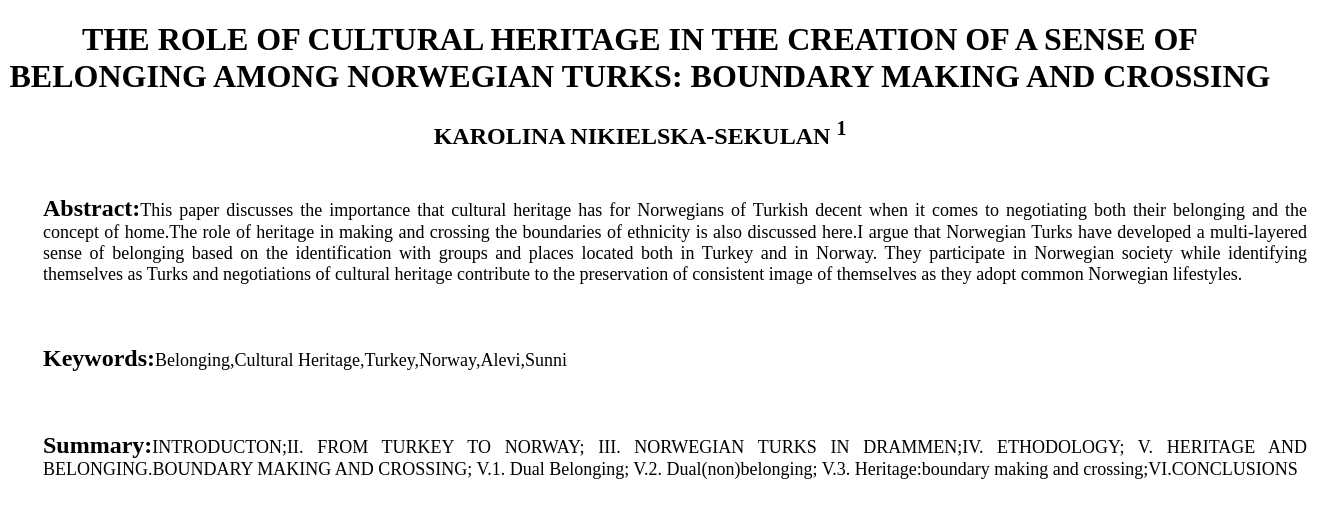
Repository: Pholi658/HTML-Task1
Page: Task2.html/No2.html
These files come from the project's save history. The page is drawn as it stood at one moment and after the next save; the edit follows.
The browser window is 1280 px wide. The page is 1332 px wide, so the pictures cover 1332 px, including what lies to the right of the window. The pictures show the whole page.

Above is the page before, as saved 2024-10-17 16:13:45.

After the next save:
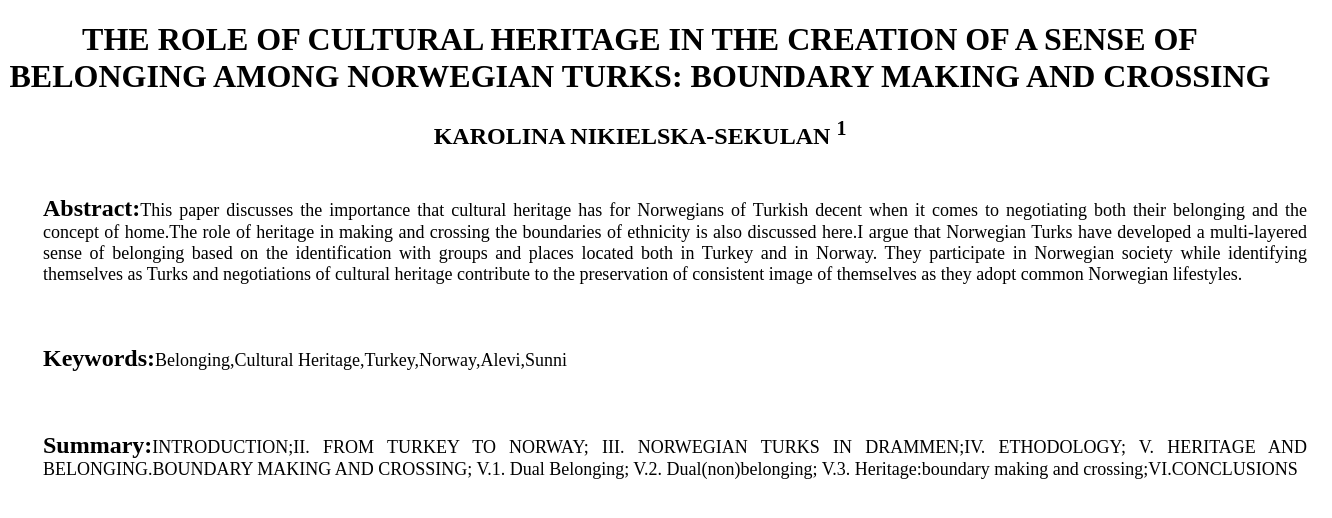
Saved 8 s later.
--- a/Task2.html/No2.html
+++ b/Task2.html/No2.html
@@ -41,7 +41,7 @@
         themselves as Turks and negotiations of cultural heritage contribute to the preservation of
         consistent image of themselves as they adopt common Norwegian lifestyles.</p>
     <p><strong>Keywords:</strong>Belonging,Cultural Heritage,Turkey,Norway,Alevi,Sunni</p>
-    <p><strong>Summary:</strong>INTRODUCTON;II. FROM TURKEY TO NORWAY; III. NORWEGIAN TURKS IN
+    <p><strong>Summary:</strong>INTRODUCTION;II. FROM TURKEY TO NORWAY; III. NORWEGIAN TURKS IN
         DRAMMEN;IV. ETHODOLOGY;
         V. HERITAGE AND BELONGING.BOUNDARY MAKING AND CROSSING; V.1. Dual Belonging; V.2.
         Dual(non)belonging; V.3. Heritage:boundary making and crossing;VI.CONCLUSIONS</p>
